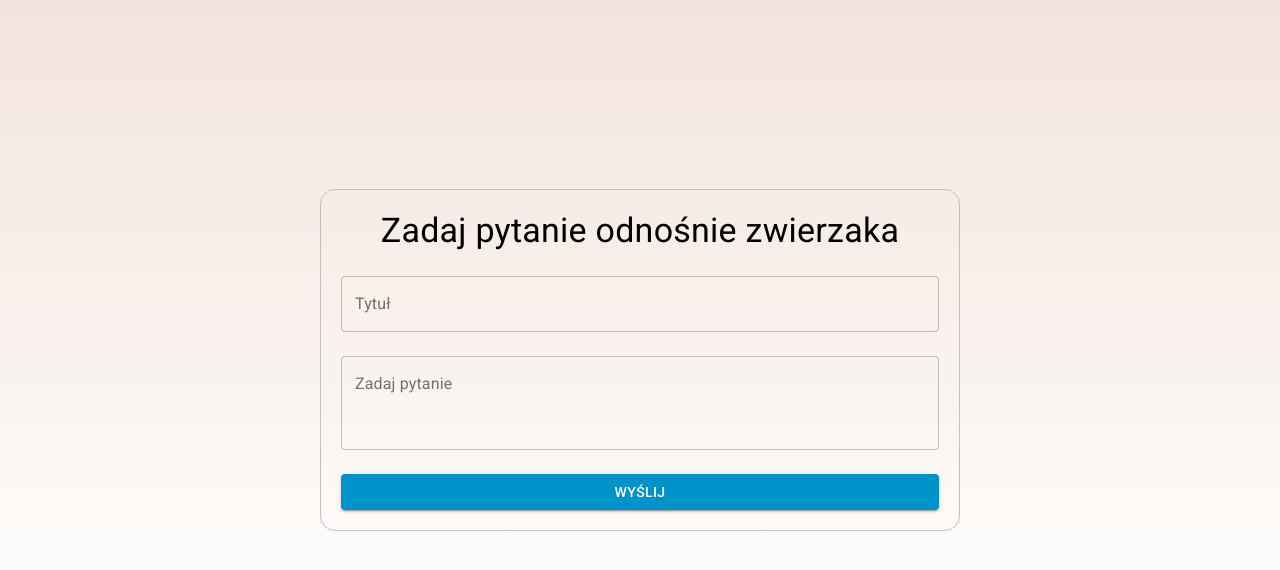
Repository: piotr-bocian/Projekt-5
Page: /
The author's editor kept a copy of each file at every save. The page is drawn from the files as they stood at one save, then again after a run of saves.
The browser window is 1280 px wide. The pictures show the whole page.
The project was rebuilt for these pictures with package versions that can differ from the ones it lists, and the page was loaded fresh each time.

Above is the page before, as saved 2021-03-22 18:04:03.

After the next 4 saves:
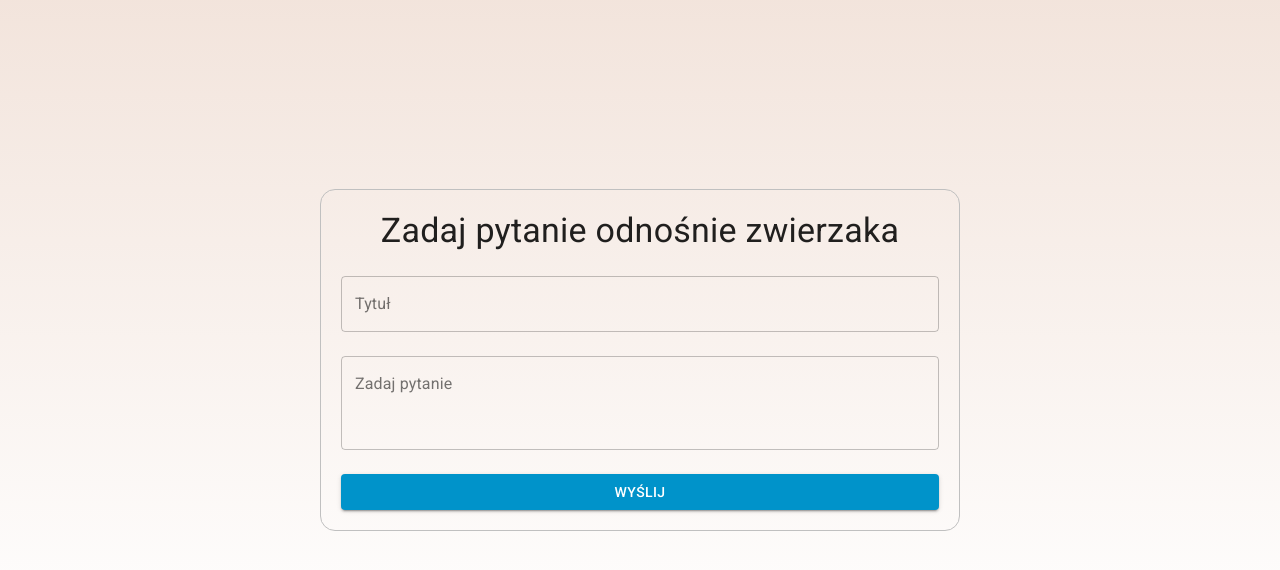
The 4 saves are shown as one change because they came seconds apart.
The last was saved 16 s later.
--- a/src/components/Organisms/AdotpionForm/AdotpionForm.js
+++ b/src/components/Organisms/AdotpionForm/AdotpionForm.js
@@ -20,7 +20,7 @@ const AdotpionForm = () => {
         <form className="form" onSubmit={sendForm}>
             <Grid container spacing={3}>
                 <Grid item xs={12} sm={12} md={12}>
-                    <Typography variant="h4" align="center">Zadaj pytanie odnośnie zwierzaka</Typography>
+                    <Typography variant="h4" align="center" color="textPrimary">Zadaj pytanie odnośnie zwierzaka</Typography>
                 </Grid>
                 <Grid item xs={12} sm={12} md={12}>
                     <TextField
